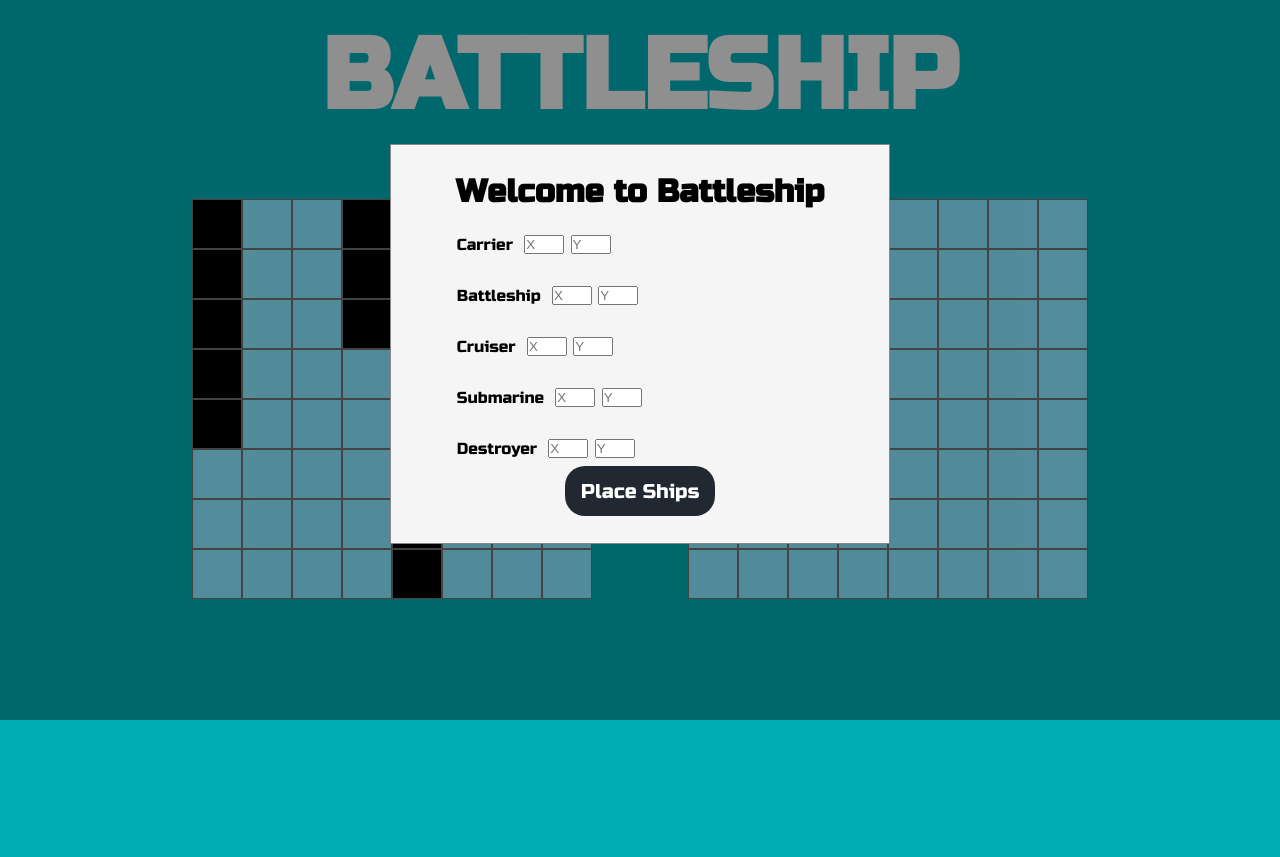
Repository: AzharMoosa/battleship
Page: /
These files come from the project's save history. The page is drawn as it stood at one moment and after the next save; the edit follows.
The browser window is 1280 px wide. The pictures show the whole page.
The project was rebuilt for these pictures with package versions that can differ from the ones it lists, and the page was loaded fresh each time.

Above is the page before, as saved 2020-07-09 10:21:22.

### src/App.js
import React from "react";
import Header from "./components/Header";
import Board from "./components/Board";
import { PlayersProvider } from "./context/PlayersContext";
import "./App.css";

function App() {
  return (
    <PlayersProvider>
      <div>
        <Header />
        <Board />
      </div>
    </PlayersProvider>
  );
}

export default App;

### src/components/Header.js
import React from "react";

const Header = () => {
  return (
    <div className='header'>
      <h1>Battleship</h1>
    </div>
  );
};

export default Header;

### src/components/Board.js
import React, { useState, Fragment } from "react";
import Square from "./Square";
import PlainSquare from "./PlainSquare";
import Player from "../functions/Player";
import Gameboard from "../functions/Gameboard";
import Overlay from "./Overlay";
import HitMiss from "./HitMiss";
import PlaceShip from "./PlaceShip";
import { v4 as uuidv4 } from "uuid";

const Board = () => {
  // eslint-disable-next-line
  const [player, setPlayer] = useState(Player(false));
  // eslint-disable-next-line
  const [computer, setComputer] = useState(Player(true));
  const [playerBoard, setPlayerBoard] = useState(Gameboard());
  const [computerBoard, setComputerBoard] = useState(Gameboard());
  const [playerTurn, setPlayerTurn] = useState(true);

  const getOutcome = (hit) => {
    let outcome = document.querySelector(".hit-miss-outcome");
    if (hit === true) {
      outcome.innerHTML = "Hit!";
    } else {
      outcome.innerHTML = "Miss!";
    }
  };

  const startGame = () => {
    playerBoard.placeShip(0, 0, player.ships[0], 1);
    playerBoard.placeShip(4, 4, player.ships[1], 1);
    playerBoard.placeShip(3, 0, player.ships[2], 1);
    playerBoard.placeShip(5, 0, player.ships[3], 1);
    playerBoard.placeShip(7, 0, player.ships[4], 1);

    computerBoard.placeShip(0, 0, computer.ships[0], 0);
    computerBoard.placeShip(4, 2, computer.ships[1], 0);
    computerBoard.placeShip(0, 3, computer.ships[2], 0);
    computerBoard.placeShip(3, 5, computer.ships[3], 0);
    computerBoard.placeShip(0, 7, computer.ships[4], 0);
  };

  const getBoardElm = (elm) => {
    if (elm !== "") {
      return "square ship";
    } else {
      return "square";
    }
  };

  const displayModal = (name) => {
    let modal = document.querySelector(".modal");
    let title = document.querySelector(".winner-name");
    let overlay = document.querySelector(".overlay");
    modal.style.display = "block";
    overlay.style.display = "none";
    if (name === "Computer") {
      title.innerHTML = "Computer Wins";
    } else if (name === "Player") {
      title.innerHTML = "Player Wins";
    }
  };

  const resetGame = () => {
    setPlayer(Player(false));
    setComputer(Player(true));
    setPlayerBoard(Gameboard());
    setComputerBoard(Gameboard());
    setPlayerTurn(true);
    let modal = document.querySelector(".modal");
    let overlay = document.querySelector(".overlay");
    let outcome = document.querySelector(".hit-miss-outcome");
    modal.style.display = "none";
    overlay.style.display = "grid";
    outcome.innerHTML = "";
  };

  const gameOver = () => {
    if (playerBoard.allShipSunk(player.ships)) {
      displayModal("Computer");
    } else if (computerBoard.allShipSunk(computer.ships)) {
      displayModal("Player");
    }
  };

  const attackComputer = (e) => {
    if (playerTurn === true) {
      let updatedBoard = computerBoard;
      // Get Coord
      let coords = e.target.id.split(",");
      let x = coords[1];
      let y = coords[0];
      player.attackEnemy(updatedBoard, parseInt(x), parseInt(y));
      if (computerBoard.grid[x][y] === "") {
        e.target.classList.add("ship-miss");
        getOutcome(false);
      } else {
        e.target.classList.add("ship-hit");
        getOutcome(true);
      }
      setComputerBoard(updatedBoard);
      setPlayerTurn(false);
    }
    computerTurn();
  };

  const computerTurn = () => {
    if (playerTurn === true) {
      let updatedBoard = playerBoard;
      let randomCoords = computer.getRandomCoords();
      let square = document.getElementById(randomCoords);
      let coords = randomCoords.split(",");
      let x = coords[1];
      let y = coords[0];
      computer.computerAttack(updatedBoard, x, y);
      if (playerBoard.grid[x][y] === "") {
        square.classList.add("ship-miss");
      } else {
        square.classList.add("ship-hit");
      }
      gameOver();
      setPlayerBoard(updatedBoard);
      setPlayerTurn(true);
    }
  };

  return (
    <Fragment>
      <PlaceShip playerBoard={playerBoard} computerBoard={computerBoard} />
      <div className='container'>
        <HitMiss />
        <div className='game-boards'>
          {startGame()}
          <div className='game-board'>
            {playerBoard.grid.map((col, j) =>
              col.map((elm, i) => (
                <Square
                  key={uuidv4()}
                  elm={elm}
                  getBoardElm={getBoardElm}
                  id={`${i},${j}`}
                />
              ))
            )}
          </div>

          <div className='comp'>
            <div className='game-board comp-board'>
              {computerBoard.grid.map((col, j) =>
                col.map((elm, i) => (
                  <Square
                    key={uuidv4()}
                    elm={elm}
                    getBoardElm={getBoardElm}
                    attackComputer={attackComputer}
                    id={`${i},${j}`}
                  />
                ))
              )}
            </div>
            <div className='overlay game-board'>
              {computerBoard.grid.map((col, j) =>
                col.map((elm, i) => <PlainSquare key={uuidv4()} />)
              )}
            </div>
          </div>
        </div>
        <Overlay resetGame={resetGame} />
      </div>
    </Fragment>
  );
};

export default Board;

### src/context/PlayersContext.js
import React, { useState, createContext } from "react";
import Player from "../functions/Player";
import Gameboard from "../functions/Gameboard";

export const PlayersContext = createContext();

export const PlayersProvider = (props) => {
  const [players, usePlayers] = useState([
    // Player
    {
      player: Player(false),
      board: Gameboard(),
    },
    // Computer
    {
      player: Player(true),
      board: Gameboard(),
    },
  ]);

  return (
    <PlayersContext.Provider value={[players, usePlayers]}>
      {props.children}
    </PlayersContext.Provider>
  );
};

### src/App.css
@import url("https://fonts.googleapis.com/css2?family=Russo+One&display=swap");

:root {
  --bg-primary: #00adb5;
  --bg-light: #eeeeee;
  --bg-dark: #222831;
}

* {
  margin: 0;
  padding: 0;
  box-sizing: border-box;
}

body {
  font-family: "Russo One", sans-serif;
  background-color: var(--bg-primary);
}

.header {
  text-align: center;
}

.header h1 {
  color: var(--bg-light);
  font-size: 100px;
  text-transform: uppercase;
  margin-top: 1rem;
}

.game-boards {
  display: flex;
  align-items: center;
  justify-content: space-between;
  width: 70%;
  height: 55vh;
  margin: 3rem auto;
}

.game-board {
  display: grid;
  grid-template-columns: repeat(8, 1fr);
  width: 400px;
  height: 400px;
}

.square {
  border: 1px solid #707070;
  background-color: rgb(136, 231, 255);
  width: 50px;
  height: 50px;
  pointer-events: auto !important;
  cursor: pointer;
}

.plain-square {
  border: 1px solid #707070;
  background-color: rgb(136, 231, 255);
  width: 50px;
  height: 50px;
  pointer-events: none !important;
  cursor: pointer;
}

.ship {
  background-color: #000;
}

.ship-hit {
  background-color: rgb(255, 77, 77) !important;
  pointer-events: none !important;
}

.ship-miss {
  background-color: #fff !important;
  pointer-events: none !important;
}

.comp {
  display: grid;
}

.comp-board,
.overlay {
  grid-area: 1 / 1;
}

.container {
  display: flex;
  flex-direction: column;
  height: 100vh;
}

.overlay {
  pointer-events: none;
}

.start {
  /* display: none; */
  position: fixed;
  z-index: 1;
  left: 0;
  top: 0;
  width: 100%;
  height: 100%;
  background-color: rgb(0, 0, 0);
  background-color: rgba(0, 0, 0, 0.4);
}

.start-content {
  background-color: #f5f5f5;
  margin: 20vh auto;
  padding: 20px;
  border: 1px solid #888;
  width: 500px;
  height: 400px;
  display: flex;
  flex-direction: column;
  align-items: center;
  justify-content: center;
}

.coord-inputs {
  display: flex;
  align-items: center;
  width: 80%;
  margin-top: 1rem;
}

.coord-inputs label {
  margin-right: 0.5rem;
}

.coord-input {
  margin: 0.5rem 0.2rem;
  width: 40px;
}

.modal {
  display: none;
  position: fixed;
  z-index: 1;
  left: 0;
  top: 0;
  width: 100%;
  height: 100%;
  background-color: rgb(0, 0, 0);
  background-color: rgba(0, 0, 0, 0.4);
}

.modal-content-results {
  background-color: #f5f5f5;
  margin: 30vh auto;
  padding: 20px;
  border: 1px solid #888;
  width: 400px;
  height: 200px;
  display: flex;
  flex-direction: column;
  align-items: center;
  justify-content: center;
}

.winner-name {
  text-align: center;
  margin-bottom: 2rem;
  font-size: 40px;
}

.btn-primary {
  background-color: var(--bg-dark);
  color: #fff;
  width: 150px;
  height: 50px;
  font-size: 20px;
  border: none;
  outline: none;
  font-family: "Russo One", sans-serif;
  border-radius: 20px;
  cursor: pointer;
}

.hit-miss {
  display: flex;
  align-items: center;
  justify-content: center;
  margin-top: 1rem;
}

.hit-miss-outcome {
  color: #fff;
  font-size: 50px;
}

@media (min-width: 1700px) {
  .game-boards {
    height: 70vh;
    width: 80%;
  }

  .game-board {
    width: 650px;
    height: 650px;
  }

  .square,
  .plain-square {
    width: 81.25px;
    height: 81.25px;
  }
}

@media (max-width: 1200px) {
  .game-boards {
    height: 70vh;
    width: 80%;
    display: flex;
    flex-direction: column;
  }

  .game-board {
    width: 500px;
    height: 500px;
  }

  .comp {
    margin-top: 3rem;
  }

  .square,
  .plain-square {
    width: 62.5px;
    height: 62.5px;
  }
}

@media (max-width: 768px) {
  .header h1 {
    font-size: 60px;
  }

  .game-boards {
    width: 80%;
    display: flex;
    flex-direction: column;
  }

  .game-board {
    width: 400px;
    height: 400px;
  }

  .comp {
    margin-top: 3rem;
  }

  .square,
  .plain-square {
    width: 50px;
    height: 50px;
  }
}

@media (max-width: 414px) {
  .header h1 {
    font-size: 40px;
  }

  .game-boards {
    width: 70%;
    display: flex;
    flex-direction: column;
  }

  .game-board {
    width: 300px;
    height: 300px;
  }

  .comp {
    margin-top: 3rem;
  }

  .square,
  .plain-square {
    width: 37.5px;
    height: 37.5px;
  }

  .modal-content-results {
    width: 300px;
  }

  .winner-name {
    font-size: 35px;
  }

  .btn-primary {
    background-color: var(--bg-dark);
    color: #fff;
    width: 150px;
    height: 50px;
    font-size: 20px;
    border: none;
    outline: none;
    font-family: "Russo One", sans-serif;
    border-radius: 20px;
    cursor: pointer;
  }
}

@media (max-width: 375px) {
  .header h1 {
    font-size: 35px;
  }

  .game-boards {
    width: 70%;
    display: flex;
    flex-direction: column;
  }

  .game-board {
    width: 280px;
    height: 280px;
  }

  .comp {
    margin-top: 3rem;
  }

  .square,
  .plain-square {
    width: 35px;
    height: 35px;
  }
}

@media (max-width: 320px) {
  .modal-content-results {
    width: 250px;
  }

  .winner-name {
    font-size: 30px;
  }
}

### src/components/Square.js
import React from "react";

const Square = ({ elm, attackComputer, getBoardElm, id }) => {
  return (
    <div className={getBoardElm(elm)} id={id} onClick={attackComputer}></div>
  );
};

export default Square;

### src/components/PlainSquare.js
import React from "react";

const PlainSquare = () => {
  return <div className='plain-square'></div>;
};

export default PlainSquare;

### src/functions/Player.js
import Ship from "./Ship";

const Player = (ai) => {
  let previousShots = [];

  // Create Ships
  let carrier = Ship("Carrier", 5);
  let battleship = Ship("Battleship", 4);
  let cruiser = Ship("Cruiser", 3);
  let submarine = Ship("Submarine", 3);
  let destroyer = Ship("Destroyer", 2);
  let ships = [carrier, battleship, cruiser, submarine, destroyer];

  const attackEnemy = (enemyBoard, x, y) => {
    if (!previousShots.includes([x, y])) {
      enemyBoard.receiveAttack(x, y);
      previousShots.push([parseInt(x), parseInt(y)]);
      return true;
    }
    return false;
  };

  const checkCoord = (x, y) => {
    previousShots.forEach((coords) => {
      if (
        parseInt(coords[1]) === parseInt(x) &&
        parseInt(coords[0]) === parseInt(y)
      ) {
        return true;
      }
    });
    return false;
  };

  const getRandomCoords = (gameboard) => {
    let maximum = 7;
    let minimum = 0;
    let x = 0;
    let y = 0;

    do {
      x = Math.floor(Math.random() * (maximum - minimum + 1)) + minimum;
      y = Math.floor(Math.random() * (maximum - minimum + 1)) + minimum;
    } while (checkCoord(x, y));
    return `${x},${y}`;
  };

  const computerAttack = (enemyBoard, x, y) => {
    enemyBoard.receiveAttack(x, y);
    previousShots.push([x, y]);
  };

  return { previousShots, ships, attackEnemy, computerAttack, getRandomCoords };
};

export default Player;

### src/functions/Gameboard.js
const Gameboard = () => {
  let previousShots = [];
  const grid = new Array(8).fill("");
  for (let i = 0; i < grid.length; i++) {
    grid[i] = new Array(8).fill("");
  }

  const getGrid = () => {
    return grid;
  };

  const getPreviousShots = () => {
    return previousShots;
  };

  const placeShip = (x, y, ship, orientation) => {
    // Horizontal Orientation = 0
    // Vertical Orientation = 1

    // Check If Ship Fits
    let shipLength = ship.length;

    if (orientation === 0) {
      for (let i = x; i < x + ship.length; i++) {
        if (grid[y][i] !== "" || x + shipLength > 8) {
          return false;
        }
        grid[y][i] = ship;
        ship.setShipCoords(y, i);
      }
    } else if (orientation === 1) {
      for (let i = y; i < y + ship.length; i++) {
        if (grid[i][x] !== "" || y + shipLength > 8) {
          return false;
        }
        grid[i][x] = ship;
        ship.setShipCoords(i, x);
      }
    }
    return true;
  };

  const flatten = (arr) => {
    return arr.join(" |-| ");
  };

  const receiveAttack = (x, y) => {
    // Check if ship is at position
    if (grid[x][y] !== "") {
      let ship = grid[x][y];
      let shipCoords = ship.getShipCoords();
      let arrSearch = shipCoords.map((row) => {
        return flatten(row);
      });
      let pos = arrSearch.indexOf(flatten([x, y]));
      if (!ship.isHit(pos)) {
        ship.hit(pos);
        return true;
      }
    }
    previousShots.push([x, y]);
    return false;
  };

  const allShipSunk = (ships) => {
    for (let i = 0; i < ships.length; i++) {
      if (!ships[i].isSunk()) {
        return false;
      }
    }

    return true;
  };

  return {
    grid,
    previousShots,
    getGrid,
    placeShip,
    receiveAttack,
    getPreviousShots,
    allShipSunk,
  };
};

export default Gameboard;

### src/components/Overlay.js
import React from "react";

const Overlay = ({ resetGame }) => {
  return (
    <div className='modal'>
      <div className='modal-content-results'>
        <h1 className='winner-name'>Player Wins</h1>
        <button className='btn-primary' onClick={resetGame}>
          Restart
        </button>
      </div>
    </div>
  );
};

export default Overlay;

### src/components/HitMiss.js
import React from "react";

const HitMiss = () => {
  return (
    <div className='hit-miss'>
      <h1 className='hit-miss-outcome'>{}</h1>
    </div>
  );
};

export default HitMiss;

### src/components/PlaceShip.js
import React, { useState } from "react";

const PlaceShip = () => {
  const [carrierX, setCarrierX] = useState("");
  const [carrierY, setCarrierY] = useState("");
  const [battleshipX, setBattleshipX] = useState("");
  const [battleshipY, setBattleshipY] = useState("");
  const [cruiserX, setCruiserX] = useState("");
  const [cruiserY, setCruiserY] = useState("");
  const [submarineX, setSubmarineX] = useState("");
  const [submarineY, setSubmarineY] = useState("");
  const [destroyerX, setDestroyerX] = useState("");
  const [destroyerY, setDestroyerY] = useState("");

  const updateBoard = () => {};

  return (
    <div className='start'>
      <div className='start-content'>
        <h1>Welcome to Battleship</h1>
        <div className='coord-inputs'>
          <label htmlFor='carrier'>Carrier</label>
          <input
            onChange={(e) => setCarrierX(e.target.value)}
            className='coord-input'
            type='number'
            placeholder='X'
            min='0'
            max='7'
          />
          <input
            onChange={(e) => setCarrierY(e.target.value)}
            className='coord-input'
            type='number'
            placeholder='Y'
            min='0'
            max='7'
          />
        </div>
        <div className='coord-inputs'>
          <label htmlFor='battleship'>Battleship</label>
          <input
            type='number'
            placeholder='X'
            min='0'
            max='7'
            onChange={(e) => setBattleshipX(e.target.value)}
            className='coord-input'
          />
          <input
            type='number'
            placeholder='Y'
            min='0'
            max='7'
            onChange={(e) => setBattleshipY(e.target.value)}
            className='coord-input'
          />
        </div>
        <div className='coord-inputs'>
          <label htmlFor='cruiser'>Cruiser</label>
          <input
            type='number'
            placeholder='X'
            min='0'
            max='7'
            onChange={(e) => setCruiserX(e.target.value)}
            className='coord-input'
          />
          <input
            type='number'
            placeholder='Y'
            min='0'
            max='7'
            onChange={(e) => setCruiserY(e.target.value)}
            className='coord-input'
          />
        </div>
        <div className='coord-inputs'>
          <label htmlFor='submarine'>Submarine</label>
          <input
            type='number'
            placeholder='X'
            min='0'
            max='7'
            onChange={(e) => setSubmarineX(e.target.value)}
            className='coord-input'
          />
          <input
            type='number'
            placeholder='Y'
            min='0'
            max='7'
            onChange={(e) => setSubmarineY(e.target.value)}
            className='coord-input'
          />
        </div>
        <div className='coord-inputs'>
          <label htmlFor='destroyer'>Destroyer</label>
          <input
            type='number'
            placeholder='X'
            min='0'
            max='7'
            onChange={(e) => setDestroyerX(e.target.value)}
            className='coord-input'
          />
          <input
            type='number'
            placeholder='Y'
            min='0'
            max='7'
            onChange={(e) => setDestroyerY(e.target.value)}
            className='coord-input'
          />
        </div>
        <button className='btn-primary btn-place'>Place Ships</button>
      </div>
    </div>
  );
};

export default PlaceShip;

### src/functions/Ship.js
const Ship = (name, length) => {
  // Fills ship with false
  const ship = new Array(length).fill(false);
  let shipCoords = [];

  // Hit
  const hit = (pos) => (ship[pos] = true);

  // If Ship Sunk
  const isSunk = () => {
    return ship.every((v) => v === true);
  };

  const isHit = (pos) => {
    return ship[pos] === true ? true : false;
  };

  // Returns ship
  const getShip = () => {
    return ship;
  };

  const setShipCoords = (x, y) => {
    shipCoords.push([x, y]);
  };

  const getShipCoords = () => {
    return shipCoords;
  };

  return {
    name,
    ship,
    length,
    hit,
    isSunk,
    isHit,
    getShip,
    setShipCoords,
    getShipCoords,
  };
};

export default Ship;

Loaded but not shown: public/index.html (common file); src/index.js (common file)

After the next save:
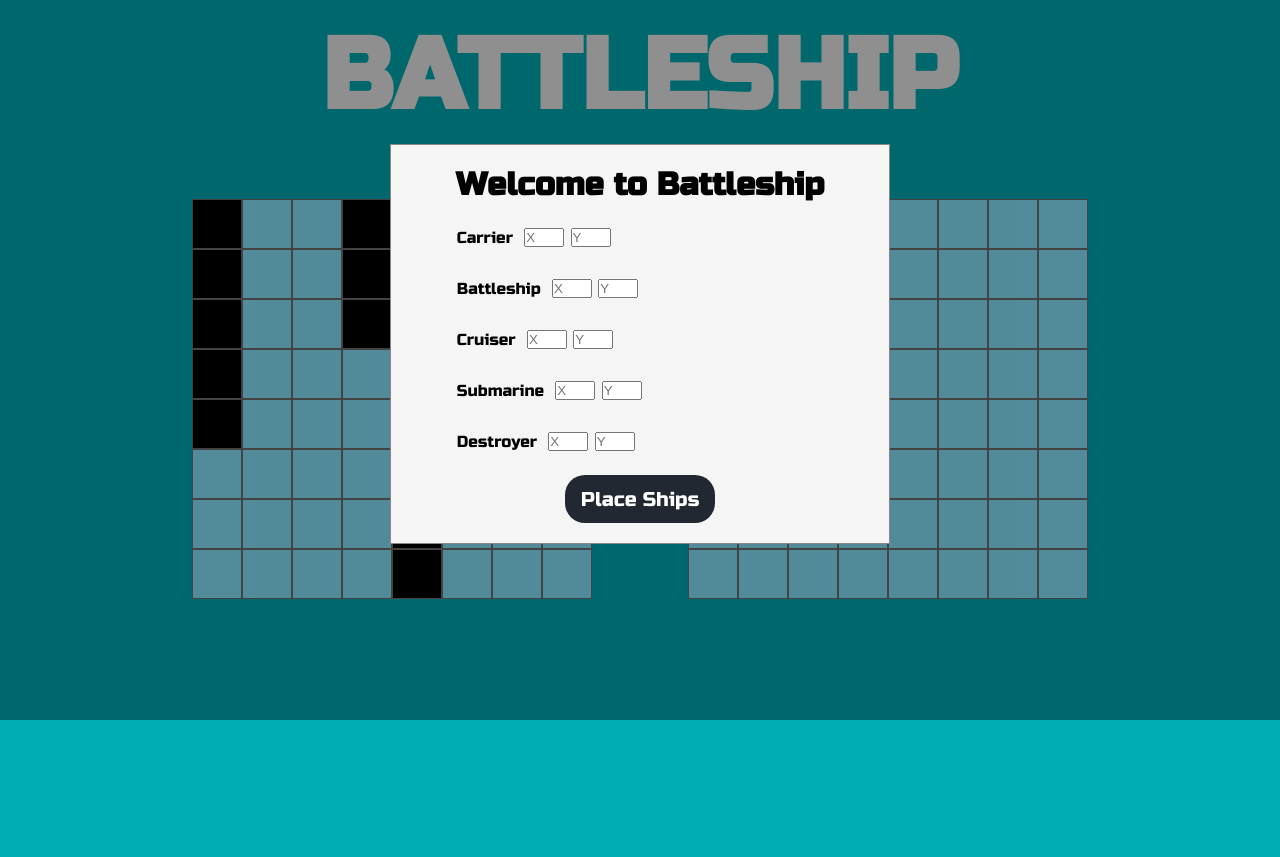
Saved 10 s later.
--- a/src/App.css
+++ b/src/App.css
@@ -134,6 +134,10 @@ body {
 .coord-input {
   margin: 0.5rem 0.2rem;
   width: 40px;
+}
+
+.btn-place {
+  margin-top: 1rem;
 }
 
 .modal {
